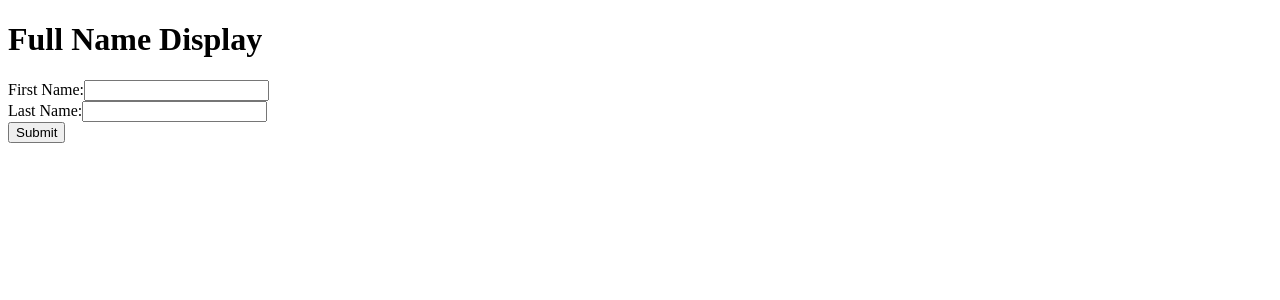
Repository: rajratangm/NameForm
Page: /
An editor plug-in stored every save of this project. The page is shown before and after the next save, followed by the edit.
The browser window is 1280 px wide. The pictures show the whole page.
The project was rebuilt for these pictures with package versions that can differ from the ones it lists, and the page was loaded fresh each time. Also part of the build but not shown: vite.config.js.

Above is the page before, as saved 2024-04-02 17:10:37.

After the next save:
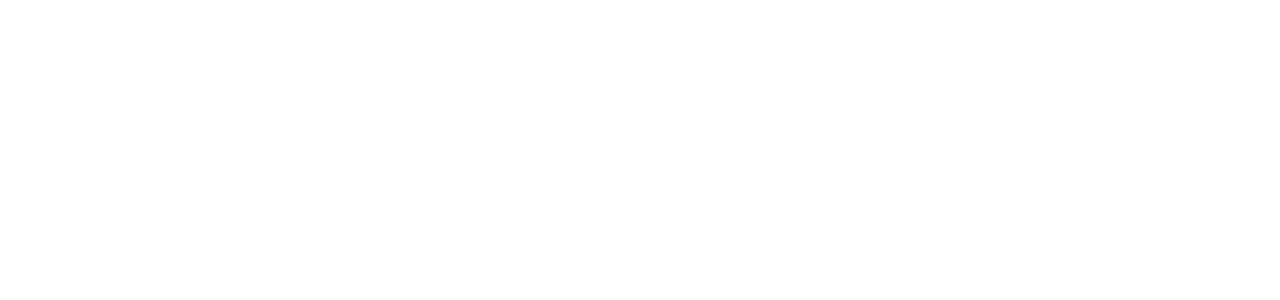
Console error: ReferenceError: handleLasttName is not defined
Saved 22 s later.
--- a/src/App.jsx
+++ b/src/App.jsx
@@ -31,7 +31,7 @@
       </div>
       <div>
         <label>Last Name:</label>
-        <input type='text' value={lastName} onChange={handleLaststName} required/>
+        <input type='text' value={lastName} onChange={handleLasttName} required/>
       </div>
       <button type='submit'>Submit</button>
 

After the 2 saves that followed:
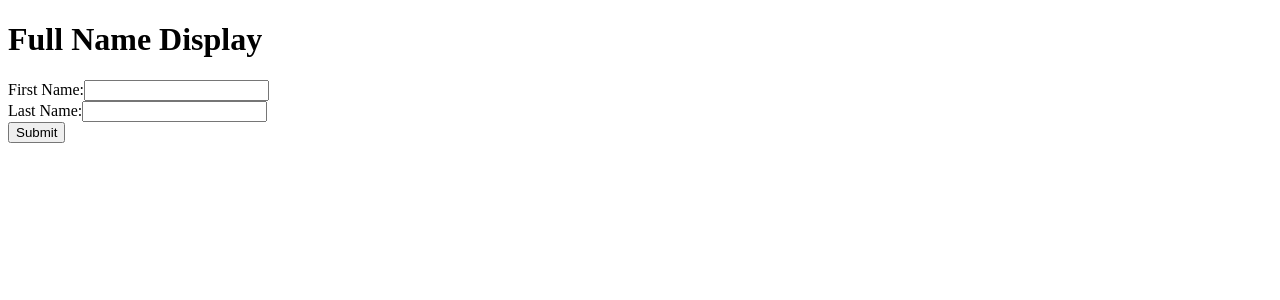
The error is gone.
The 2 saves are shown as one change because 1 left the picture as it was.
The last was saved 21 s later.
--- a/src/App.jsx
+++ b/src/App.jsx
@@ -14,7 +14,7 @@
     setFirstName(event.target.value)
   }
 
-  const handleLaststName=(event)=>{
+  const handleLastName=(event)=>{
     setLastName(event.target.value)
   }
 
@@ -31,7 +31,7 @@
       </div>
       <div>
         <label>Last Name:</label>
-        <input type='text' value={lastName} onChange={handleLasttName} required/>
+        <input type='text' value={lastName} onChange={handleLastName} required/>
       </div>
       <button type='submit'>Submit</button>
 
